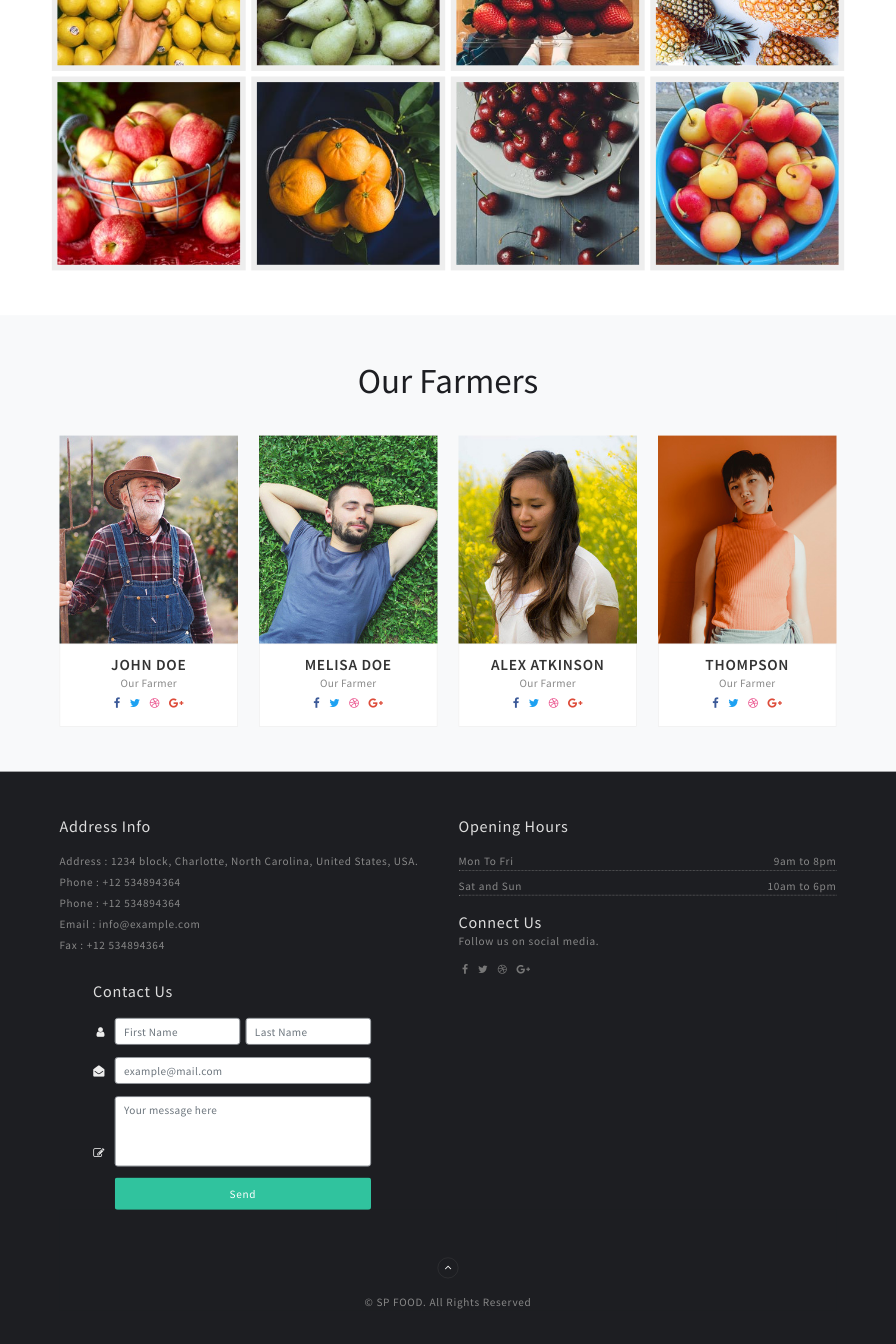
Repository: httpamit/SP-Food
Page: index.html
An editor plug-in stored every save of this project. The page is shown before and after the next save, followed by the edit.
The browser window is 1280 px wide. The pictures show the part of the page from y = 3156 to 5076 px (the page is 5076 px tall before and 5072 px after), at 70% of full size.
Backgrounds fixed to the window are drawn as part of the page.

Above is the page before, as saved 2019-02-07 23:21:44.

### index.html
<!DOCTYPE html>
<html lang="en">
<head>
<title>Fruit Farm Agriculture Category Flat Bootstrap Responsive Website Template | Home : W3layouts</title>

	<!-- Meta tag Keywords -->
	<meta name="viewport" content="width=device-width, initial-scale=1">
	<meta charset="utf-8">
	<meta name="keywords" content="Agriculture Responsive web template, Bootstrap Web Templates, Flat Web Templates, Android Compatible web template,
	Smartphone Compatible web template, free webdesigns for Nokia, Samsung, LG, SonyEricsson, Motorola web design" />
	<script type="application/x-javascript">
		addEventListener("load", function () {
			setTimeout(hideURLbar, 0);
		}, false);

		function hideURLbar() {
			window.scrollTo(0, 1);
		}
	</script>
	<!--// Meta tag Keywords -->

	<!-- css files -->
	<link rel="stylesheet" href="css/bootstrap.css"> <!-- Bootstrap-Core-CSS -->
	<link rel="stylesheet" href="css/style.css" type="text/css" media="all" /> <!-- Style-CSS -->
	<link rel="stylesheet" href="css/font-awesome.min.css"> <!-- Font-Awesome-Icons-CSS -->
	<!-- //css files -->

	<!--web font-->
	<link href="//fonts.googleapis.com/css?family=Source+Sans+Pro:200,200i,300,300i,400,400i,600,600i,700,700i,900,900i&amp;subset=cyrillic,cyrillic-ext,greek,greek-ext,latin-ext,vietnamese" rel="stylesheet">
	<!--//web font-->

</head>

<body>

<!-- header -->
<header>
	<div class="container" id="home">
		<nav class="">
			<div id="logo">
				<h1> <a href="index.html" class="editContent" data-selector=".editContent"><span class="fa fa-home"></span> SP FOOD</a></h1>
			</div>
			<div class="mx-auto">
				<ul class="menu mt-lg-4">
					<li class=" mr-lg-2 mr-1 active"><a href="#">Home</a></li>
					<li class=" mr-lg-2 mr-1"><a href="#about">About</a></li>
					<li class=" mr-lg-2 mr-1"><a href="#services">Services</a></li>
					<li class="dropdown-menu-padding">
					<!-- First Tier Drop Down -->
					<a href="#agricultural">Agricultural</a>
					</li>
					<li><a href="#gallery">Gallery</a></li>
					<li><a href="#contact">Contact</a></li>
					<li class="buttons ml-lg-3">
						<p><span class="fa mr-1 fa-phone"></span> +12 445 8976 2334</p>
					</li>
				</ul>
			</div>
		</nav>
	</div>
</header>
<!-- //header -->

<div class="csslider infinity" id="slider1">
  <input type="radio" name="slides" checked="checked" id="slides_1"/>
  <input type="radio" name="slides" id="slides_2"/>
  <input type="radio" name="slides" id="slides_3"/>
  <input type="radio" name="slides" id="slides_4"/>
  <ul>
    <li>
		<div id="bg">
			<div class="container">
				<div class="banner-text">
				  <h6> Fresh Agriculture Products</h6>
				  <h3> We Serve Fresh and Juicy Fruits From Our Farm</h3>
				</div>
			</div>
		</div>
    </li>
    <li>
        <div id="bg1">
			<div class="container">
				<div class="banner-text">
				  <h6> Fresh Agriculture Products</h6>
				  <h3> We Serve Fresh and Juicy Fruits From Our Farm</h3>
				</div>
			</div>
        </div>
    </li>
    <li>
		<div id="bg2">
			<div class="container">
				<div class="banner-text">
				  <h6> Fresh Agriculture Products</h6>
				  <h3> We Serve Fresh and Juicy Fruits From Our Farm</h3>
				</div>
			</div>
        </div>
    </li>
    <li>
		<div id="bg3">
			<div class="container">
				<div class="banner-text">
				  <h6> Fresh Agriculture Products</h6>
				  <h3> We Serve Fresh and Juicy Fruits From Our Farm</h3>
				</div>
			</div>
		</div>
    </li>

  </ul>
  <div class="arrows">
    <label for="slides_1"></label>
    <label for="slides_2"></label>
    <label for="slides_3"></label>
    <label for="slides_4"></label>
  </div>
  <div class="navigation">
    <div>
      <label for="slides_1"></label>
      <label for="slides_2"></label>
      <label for="slides_3"></label>
      <label for="slides_4"></label>
    </div>
  </div>
</div>

<!-- //banner -->

<!-- about -->
<section class="about py-5" id="about">
	<div class="container py-md-3">
		<h3 class="heading text-center mb-md-5 mb-4">Few Words About our farm</h3>
		<div class="row about-grids agile-info">
			<div class="col-lg-6 mb-lg-0   mb-5">
				<h4 class="mb-4">Welcome to our Organic Fruit - we serve all types of seasonal fruits</h3>
				<p class="mb-4">Cras blandit nibh ut pretium elementum. Duis bibendum convallis nun cael dictum. Quisquen ac ipsum porta, ultrices metus sit amet, curs in nisl. Dui aliquet varius sem sit amet convallis nun ca dictum. Cras blandit nibh ut pretium elementum. Duis bibendum convallis nun ca dictum aliquet.</p>
				<p class="text-capitalize"> <span class="fa fa-check"></span> Duis bibendum convallis blandit dictum.</p>
				<p class=" text-capitalize"> <span class="fa fa-check"></span> Cras blandit nibh blandit pretium dolor ipsum.</p>
				<p class="text-capitalize mb-3"> <span class="fa fa-check"></span> Bibendum convallis nun ca dictum elementum ipsum elit.</p>
				<a href="#popup1">Read More </a>
			</div>
			<div class="col-lg-6 col-md-8   pr-md-0">
				<img src="images/about.jpg" class="img-fluid" />
			</div>
		</div>
	</div>
</section>
<!-- //about -->

<!-- how we work -->
<section class="work">
	<div class="work-layer py-5">
	<div class="container py-md-3">
		<h3 class="heading text-center mb-lg-5 text-white mb-4">How We Work</h3>
		<div class="row text-center join agile-info">
			<div class="col-lg-4 col-md-6 steps-reach  ">
				<span class="fa fa-cogs"></span>
				<h4>Step 1</h4>
				<p>Pretium elementum. Duis bibendum convallis nun ca dictum convallis nun ca dictum. Cras blandit nibh ut aliquet varius sem sit amet convallis.</p>
			</div>
			<div class="col-lg-4 col-md-6 mt-md-0 mt-5 steps-reach  ">
				<span class="fa fa-cubes"></span>
				<h4>Step 2</h4>
				<p>Pretium elementum. Duis bibendum convallis nun ca dictum convallis nun ca dictum. Cras blandit nibh ut aliquet varius sem sit amet convallis.</p>
			</div>
			<div class="col-lg-4 col-md-6 mt-lg-0 mt-5 steps-reach  ">
				<span class="fa fa-cart-arrow-down" aria-hidden="true"></span>
				<h4>Step 3</h4>
				<p>Pretium elementum. Duis bibendum convallis nun ca dictum convallis nun ca dictum. Cras blandit nibh ut aliquet varius sem sit amet convallis.</p>
			</div>
		</div>
	</div>
	</div>
</section>
<!-- //how we work -->

<!-- services -->
<section class="services py-5" id="services">
	<div class="container py-md-5">
		<h3 class="heading text-center mb-lg-5 mb-4">Our Services</h3>
		<div class="row text-center join agile-info">
			<div class="col-lg-4 col-md-6 steps-reach service-box">
				<span class="fa fa-cogs"></span>
				<h4>Step 1</h4>
				<p>Pretium elementum. Duis bibendum convallis nun ca dictum convallis nun ca dictum. Cras blandit nibh ut aliquet varius sem sit amet convallis.</p>
			</div>
			<div class="col-lg-4 col-md-6 mt-md-0 mt-5 steps-reach service-box ">
				<span class="fa fa-cubes"></span>
				<h4>Step 2</h4>
				<p>Pretium elementum. Duis bibendum convallis nun ca dictum convallis nun ca dictum. Cras blandit nibh ut aliquet varius sem sit amet convallis.</p>
			</div>
			<div class="col-lg-4 col-md-6 mt-lg-0 mt-5 steps-reach service-box right-border ">
				<span class="fa fa-cart-arrow-down" aria-hidden="true"></span>
				<h4>Step 3</h4>
				<p>Pretium elementum. Duis bibendum convallis nun ca dictum convallis nun ca dictum. Cras blandit nibh ut aliquet varius sem sit amet convallis.</p>
			</div>
		</div>
	</div>
	</div>
</section>
<!-- //how we work -->

<!-- facts -->
<section class="service-bottom bg py-5" id="agricultural">
	<div class="container">
		<!-- Counter -->
		<div class="py-lg-5 py-3">
			<h3 class="heading text-center text-white mb-lg-5 mb-4">Agricultural Facts</h3>
			<div class="row ">
				<div class="col-md-3 text-center col-6 agileits_w3layouts_about_counter_left  ">
					<div class="counterinfo agile-info">
						<p class="counter">146</p>
						<h3>Business Growth</h3>
					</div>
				</div>
				<div class="col-md-3 text-center col-6 agileits_w3layouts_about_counter_left  ">
					<div class="counterinfo agile-info">
						<p class="counter">1500</p>
						<h3>Fruits Supplied</h3>
					</div>
				</div>
				<div class="col-md-3 text-center col-6 agileits_w3layouts_about_counter_left   mt-md-0 mt-4">
					<div class="counterinfo agile-info">
						<p class="counter">15+</p>
						<h3>Years Experience</h3>
					</div>
				</div>
				<div class="col-md-3 text-center col-6 agileits_w3layouts_about_counter_left   mt-md-0 mt-4">
					<div class="counterinfo agile-info">
						<p class="counter">150+</p>
						<h3>Agriculture Farmers</h3>
					</div>
				</div>
			</div>
		</div>
		<!-- //Counter -->
	</div>
</section>
<!-- //facts -->

<!-- gallery -->
<section class="gallery py-5" id="gallery">
	<div class="container py-3">
		<h3 class="heading text-center mb-lg-5 mb-4">Our Gallery</h3>
		<div class="row gallery_grid-more project-grids w3ls">
			<div class="col-lg-3 col-md-4 col-6 px-1 w3layoutsits_w3layouts_gallery_grid1">
				<div class="gallery-border">
					<a href="#popup2">
						<img src="images/g1.jpg" alt=" " class="img-fluid" />
					</a>
				</div>
			</div>
			<div class="col-lg-3 col-md-4 col-6 px-1 w3layoutsits_w3layouts_gallery_grid1">
				<div class="gallery-border">
					<a href="#popup3">
						<img src="images/g2.jpg" alt=" " class="img-fluid" />
					</a>
				</div>
			</div>
			<div class="col-lg-3 col-md-4 col-6 px-1 w3layoutsits_w3layouts_gallery_grid1 mt-md-0 mt-2">
				<div class="gallery-border">
					<a href="#popup4">
						<img src="images/g3.jpg" alt=" " class="img-fluid" />
					</a>
				</div>
			</div>
			<div class="col-lg-3 col-md-4 col-6 px-1 w3layoutsits_w3layouts_gallery_grid1 mt-lg-0 mt-2">
				<div class="gallery-border">
					<a href="#popup5">
						<img src="images/g4.jpg" alt=" " class="img-fluid" />
					</a>
				</div>
			</div>
			<div class="col-lg-3 col-md-4 col-6 px-1 w3layoutsits_w3layouts_gallery_grid1 mt-2 ">
				<div class="gallery-border">
					<a href="#popup6">
						<img src="images/g5.jpg" alt=" " class="img-fluid" />
					</a>
				</div>
			</div>
			<div class="col-lg-3 col-md-4 col-6 px-1 w3layoutsits_w3layouts_gallery_grid1 mt-2">
				<div class="gallery-border">
					<a href="#popup7">
						<img src="images/g6.jpg" alt=" " class="img-fluid" />
					</a>
				</div>
			</div>
			<div class="col-lg-3 col-md-4 col-6 px-1 w3layoutsits_w3layouts_gallery_grid1 mt-2">
				<div class="gallery-border">
					<a href="#popup8">
						<img src="images/g7.jpg" alt=" " class="img-fluid" />
					</a>
				</div>
			</div>
			<div class="col-lg-3 col-md-4 col-6 px-1 w3layoutsits_w3layouts_gallery_grid1 mt-2">
				<div class="gallery-border">
					<a href="#popup9">
						<img src="images/g8.jpg" alt=" " class="img-fluid" />
					</a>
				</div>
			</div>
		</div>
	</section>

<!-- popup for gallery -->
<div id="popup2" class="overlay">
	<div class="popup1">
		<img src="images/g1.jpg" alt="Popup Image" class="img-fluid" />
	<a class="close" href="#gallery">&times;</a>
	</div>
</div>

<div id="popup3" class="overlay">
	<div class="popup1">
		<img src="images/g2.jpg" alt="Popup Image" class="img-fluid" />
	<a class="close" href="#gallery">&times;</a>
	</div>
</div>

<div id="popup4" class="overlay">
	<div class="popup1">
		<img src="images/g3.jpg" alt="Popup Image" class="img-fluid" />
	<a class="close" href="#gallery">&times;</a>
	</div>
</div>

<div id="popup5" class="overlay">
	<div class="popup1">
		<img src="images/g4.jpg" alt="Popup Image" class="img-fluid" />
	<a class="close" href="#gallery">&times;</a>
	</div>
</div>

<div id="popup6" class="overlay">
	<div class="popup1">
		<img src="images/g5.jpg" alt="Popup Image" class="img-fluid" />
	<a class="close" href="#gallery">&times;</a>
	</div>
</div>

<div id="popup7" class="overlay">
	<div class="popup1">
		<img src="images/g6.jpg" alt="Popup Image" class="img-fluid" />
	<a class="close" href="#gallery">&times;</a>
	</div>
</div>
<div id="popup8" class="overlay">
	<div class="popup1">
		<img src="images/g7.jpg" alt="Popup Image" class="img-fluid" />
	<a class="close" href="#gallery">&times;</a>
	</div>
</div>
<div id="popup9" class="overlay">
	<div class="popup1">
		<img src="images/g8.jpg" alt="Popup Image" class="img-fluid" />
	<a class="close" href="#gallery">&times;</a>
	</div>
</div>
<!-- //popup for gallery -->

</div>
<!-- //gallery -->

<!-- team -->
<section class="team bg-light py-5" id="team">
	<div class="container py-md-3">
		<h3 class="heading text-center mb-lg-5 mb-4">Our Farmers</h3>
		<div class="row team-grids">
			<div class="col-lg-3 col-sm-6 mb-lg-0 mb-4 team-grid  ">
				<div class="team-members">
					<img src="images/t1.jpg" class="img-fluid" alt="image">
					<div class="team-desc py-3 text-center agile-info">
						<h4 class="">John Doe</h4>
						<span>Our Farmer</span>
						<ul class="social">
							<li><a href="#"><span class="fa fa-facebook icon_facebook"></span></a></li>
							<li><a href="#"><span class="fa fa-twitter icon_twitter"></span></a></li>
							<li><a href="#"><span class="fa fa-dribbble icon_dribbble"></span></a></li>
							<li><a href="#"><span class="fa fa-google-plus icon_g_plus"></span></a></li>
						</ul>
					</div>
				</div>
			</div>
			<div class="col-lg-3 col-sm-6 mb-lg-0 mb-4 team-grid  ">
				<div class="team-members">
					<img src="images/t2.jpg" class="img-fluid" alt="image">
					<div class="team-desc py-3 text-center agile-info">
						<h4 class="">Melisa Doe</h4>
						<span>Our Farmer</span>
						<ul class="social">
							<li><a href="#"><span class="fa fa-facebook icon_facebook"></span></a></li>
							<li><a href="#"><span class="fa fa-twitter icon_twitter"></span></a></li>
							<li><a href="#"><span class="fa fa-dribbble icon_dribbble"></span></a></li>
							<li><a href="#"><span class="fa fa-google-plus icon_g_plus"></span></a></li>
						</ul>
					</div>
				</div>
			</div>
			<div class="col-lg-3 col-sm-6 mb-sm-0 mb-4 team-grid  ">
				<div class="team-members">
					<img src="images/t3.jpg" class="img-fluid" alt="image">
					<div class="team-desc py-3 text-center agile-info">
						<h4 class="">Alex Atkinson</h4>
						<span>Our Farmer</span>
						<ul class="social">
							<li><a href="#"><span class="fa fa-facebook icon_facebook"></span></a></li>
							<li><a href="#"><span class="fa fa-twitter icon_twitter"></span></a></li>
							<li><a href="#"><span class="fa fa-dribbble icon_dribbble"></span></a></li>
							<li><a href="#"><span class="fa fa-google-plus icon_g_plus"></span></a></li>
						</ul>
					</div>
				</div>
			</div>
			<div class="col-lg-3 col-sm-6 team-grid  ">
				<div class="team-members">
					<img src="images/t4.jpg" class="img-fluid" alt="image">
					<div class="team-desc py-3 text-center agile-info">
						<h4 class="">Thompson</h4>
						<span>Our Farmer</span>
						<ul class="social">
							<li><a href="#"><span class="fa fa-facebook icon_facebook"></span></a></li>
							<li><a href="#"><span class="fa fa-twitter icon_twitter"></span></a></li>
							<li><a href="#"><span class="fa fa-dribbble icon_dribbble"></span></a></li>
							<li><a href="#"><span class="fa fa-google-plus icon_g_plus"></span></a></li>
						</ul>
					</div>
				</div>
			</div>
		</div>
	</div>
</section>
<!-- //team -->

<!-- footer -->
<footer class="py-5" id="contact">
	<div class="container pt-md-3">
		<div class="row ">
		<div class="col-lg-6">
            <h3 class="mb-4">Address Info</h3>
			<div class="footer-text">
				<p>Address : 1234 block, Charlotte, North Carolina, United States, USA.</p>
				<p class="mt-1">Phone : +12 534894364</p>
				<p class="mt-1">Phone : +12 534894364</p>
				<p class="my-1">Email : <a href="mailto:info@example.com">info@example.com</a></p>
				<p>Fax : +12 534894364</p>
			</div>
		</div>
		<div class="col-lg-6">
            <h3 class="mb-4">Opening Hours</h3>
			<div class="timings">
				<p class="mb-2">Mon To Fri<span> 9am to 8pm </span></p>
				<p class="">Sat and Sun<span> 10am to 6pm </span></p>
			</div>
            <h3 class="mt-4">Connect Us</h3>
			<p class="mt-6">Follow us on social media.</p>
			<ul class="social mt-2">
				<li><a href="#"><span class="fa fa-facebook icon_facebook"></span></a></li>
				<li><a href="#"><span class="fa fa-twitter icon_twitter"></span></a></li>
				<li><a href="#"><span class="fa fa-dribbble icon_dribbble"></span></a></li>
				<li><a href="#"><span class="fa fa-google-plus icon_g_plus"></span></a></li>
			</ul>
		</div>
	</div>
	<div class="row">
		<div class="col-lg-5 mt-lg-0 mt-5">
			<h3 class="mb-4 ml-md-5"> Contact Us</h3>
			<form action="#" method="get" class="register-wthree">
				<div class="form-group">
					<div class="row">
						<div class="col-sm-2 d-sm-flex align-items-end justify-content-end px-sm-0">
							<label class="mb-0">
								<span class="fa fa-user"></span>
							</label>
						</div>
						<div class="col-sm-5 pr-sm-1">
							<input class="form-control" type="text" placeholder="First Name" name="email" required="">
						</div>
						<div class="col-sm-5 pl-sm-1 pl-auto mt-sm-0 mt-2">
							<input class="form-control" type="text" placeholder="Last Name" name="email" required="">
						</div>
					</div>
				</div>
				<div class="form-group">
					<div class="row">
						<div class="col-sm-2 d-sm-flex align-items-end justify-content-end px-sm-0">
							<label class="mb-0">
								<span class="fa fa-envelope-open"></span>
							</label>
						</div>
						<div class="col-sm-10">
							<input class="form-control" type="email" placeholder="example@mail.com" name="email" required="">
						</div>
					</div>
				</div>
				<div class="form-group">
					<div class="row">
						<div class="col-sm-2 d-sm-flex align-items-end justify-content-end px-sm-0">
							<label class="mb-0">
								<span class="fa fa-edit"></span>
							</label>
						</div>
						<div class="col-sm-10">
							<textarea placeholder="Your message here" class="form-control"></textarea>
						</div>
					</div>
				</div>
				<div class="row mt-3">
					<div class="offset-2"></div>
					<div class="col-sm-10">
						<button type="submit" class="btn btn-block w-100">Send</button>
					</div>
				</div>
			</form>
		</div>
	</div>
	<div class="copyright pt-sm-5 pt-4 text-center">
		<a href="#home" class="move-top scroll"><span class="fa fa-angle-up" aria-hidden="true"></span></a>
		<p>© SP FOOD. All Rights Reserved</p>
	</div>
</footer>
<!-- footer -->

<!-- popup for btn -->
<div id="popup1" class="overlay">
	<div class="popup">
		<img src="images/about.jpg" alt="Popup Image" class="img-fluid" />
		<p class="mt-4 editContent">Nulla viverra pharetra se, eget pulvinar neque pharetra ac int. placerat placerat dolor. Vestibulum at dui nunc. Nulla viverra pharetra sem, eget pulvinar neque pharetra ac int. lorem ipsum Vestibulum. placerat placerat dolor. Vestibulum at dui nunc. Nullam eu elit neque lectus.</p>
	<a class="close" href="#about">&times;</a>
	</div>
</div>
<!-- //popup for btn -->

</body>
</html>

Loaded but not shown: css/bootstrap.css (library); css/font-awesome.min.css (library); css/style.css (1492 lines, source omitted)

After the next save:
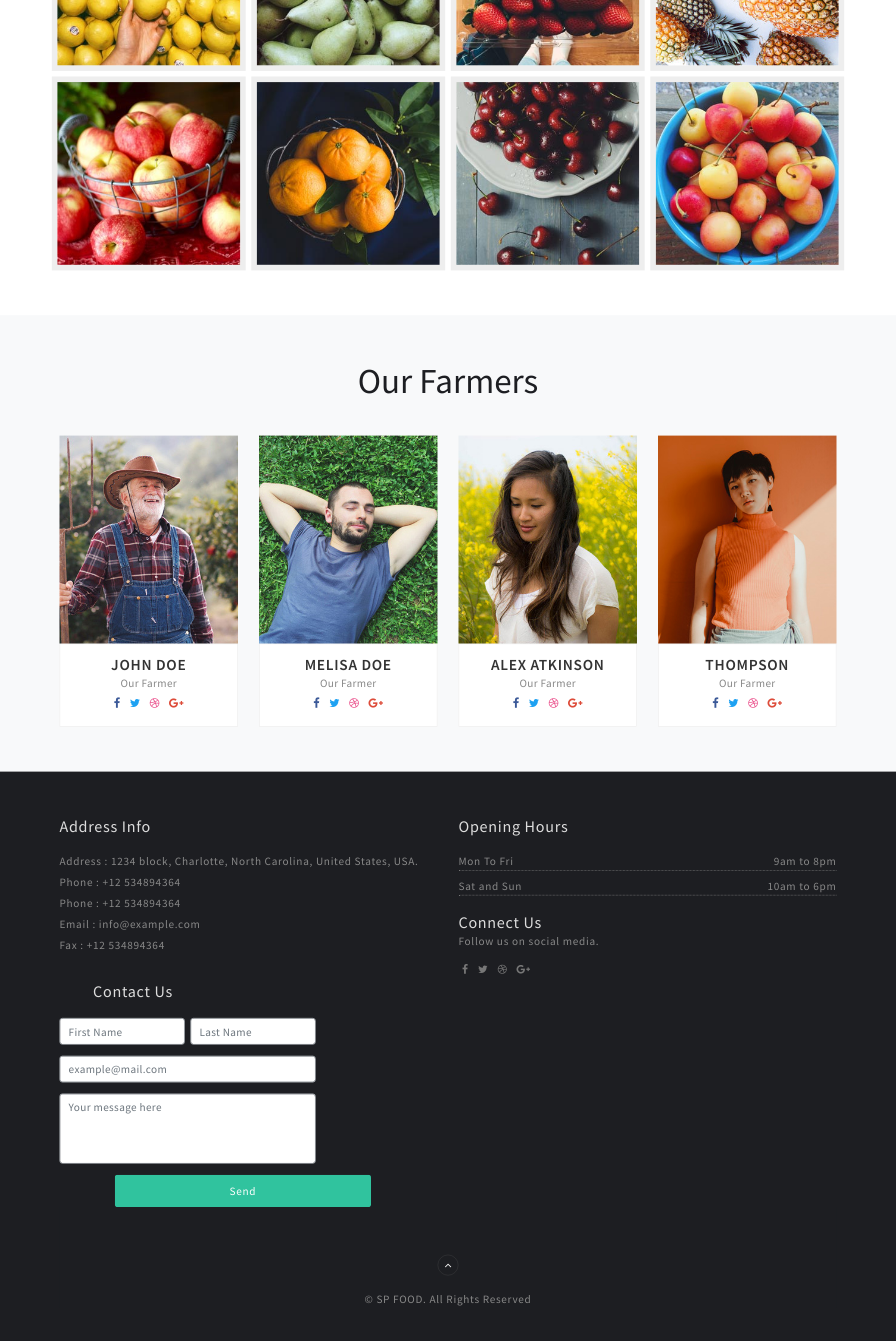
Saved 47 s later.
--- a/index.html
+++ b/index.html
@@ -468,11 +468,6 @@
 			<form action="#" method="get" class="register-wthree">
 				<div class="form-group">
 					<div class="row">
-						<div class="col-sm-2 d-sm-flex align-items-end justify-content-end px-sm-0">
-							<label class="mb-0">
-								<span class="fa fa-user"></span>
-							</label>
-						</div>
 						<div class="col-sm-5 pr-sm-1">
 							<input class="form-control" type="text" placeholder="First Name" name="email" required="">
 						</div>
@@ -483,11 +478,6 @@
 				</div>
 				<div class="form-group">
 					<div class="row">
-						<div class="col-sm-2 d-sm-flex align-items-end justify-content-end px-sm-0">
-							<label class="mb-0">
-								<span class="fa fa-envelope-open"></span>
-							</label>
-						</div>
 						<div class="col-sm-10">
 							<input class="form-control" type="email" placeholder="example@mail.com" name="email" required="">
 						</div>
@@ -495,11 +485,6 @@
 				</div>
 				<div class="form-group">
 					<div class="row">
-						<div class="col-sm-2 d-sm-flex align-items-end justify-content-end px-sm-0">
-							<label class="mb-0">
-								<span class="fa fa-edit"></span>
-							</label>
-						</div>
 						<div class="col-sm-10">
 							<textarea placeholder="Your message here" class="form-control"></textarea>
 						</div>
